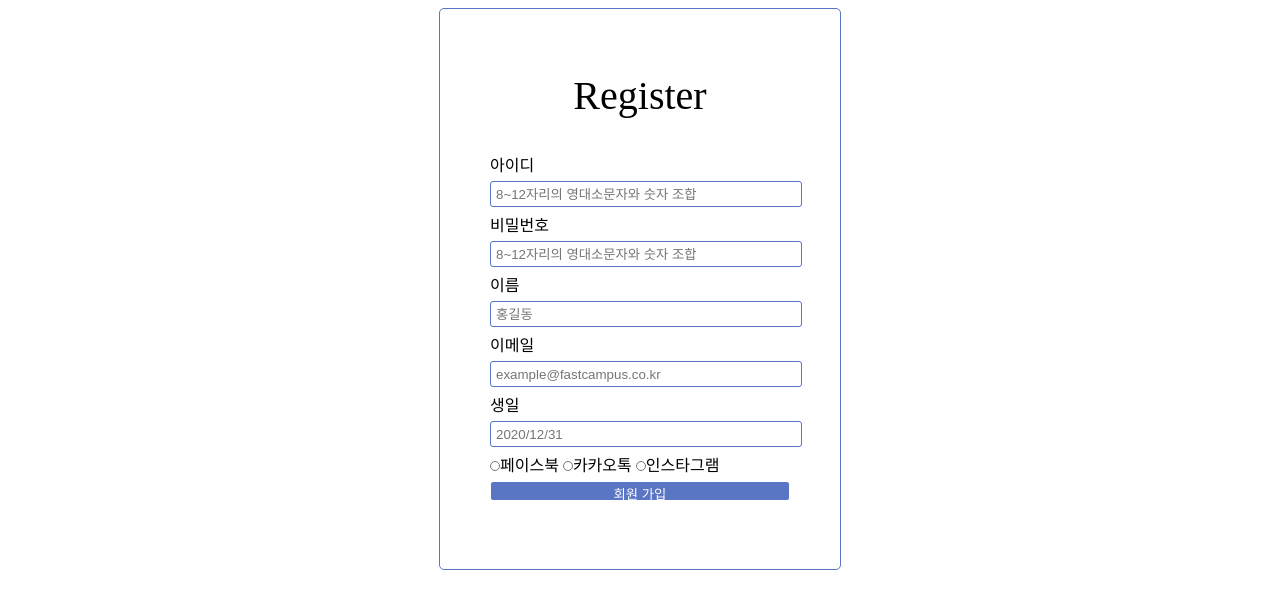
Repository: ksj2001/SpringBasic2024
Page: http://localhost/MVC_join/
These files come from the project's save history. The page is drawn as it stood at one moment and after the next save; the edit follows.
The browser window is 1280 px wide. The pictures show the whole page.
The page is served by Tomcat 9. Other server files are loaded and not shown.

Above is the page before, as saved 2024-07-02 15:25:41.

### MVC_join/src/main/webapp/WEB-INF/views/index.jsp
<%@ page language="java" contentType="text/html; charset=UTF-8"
    pageEncoding="UTF-8"%>
<!DOCTYPE html>
<html>
<head>
<meta charset="UTF-8">
<title>Insert title here</title>
<style type="text/css">
	body{
		display: flex;
		justify-content: center;
		align-items: center;
	}
	.registerBox{
		width: 300px;
		height: 500px;
		border: 1px solid #5975C4;
		padding: 30px 50px;
		border-radius: 5px;
	}
	.registerBox h2{
		font-size: 40px;
		font-weight: 500;
		text-align: center;
	}
	input{
		width: 100%;
		height: 20px;
		margin: 5px 0;
		padding: 2px 5px;
		border: 1px solid #5975C4;
		border-radius: 3px;
	}
	input[type=radio]{
		width:10px;
		height:10px;
	}
	input[type=submit]{
		border-color: white;
		color: white;
		background-color: #5975C4;
	}
</style>
</head>
<body>
	<div class="registerBox">
		<h2>Register</h2>
		<form action="member/register" method="post">
			<label>아이디</label><br>
			<input type="text" placeholder="8~12자리의 영대소문자와 숫자 조합"><br>
			<label>비밀번호</label><br>
			<input type="password" placeholder="8~12자리의 영대소문자와 숫자 조합"><br>
			<label>이름</label><br>
			<input type="text" placeholder="홍길동"><br>
			<label>이메일</label><br>
			<input type="text" placeholder="example@fastcampus.co.kr"><br>
			<label>생일</label><br>
			<input type="text" placeholder="2020/12/31"><br>
			<div class="selectSns">
				<input type="radio" name="sns" value="facebook">페이스북
				<input type="radio" name="sns" value="kakaotalk">카카오톡
				<input type="radio" name="sns" value="instagram">인스타그램
			</div>
			<input type="submit" value="회원 가입">
		</form>
	</div>
</body>
</html>

After the next save:
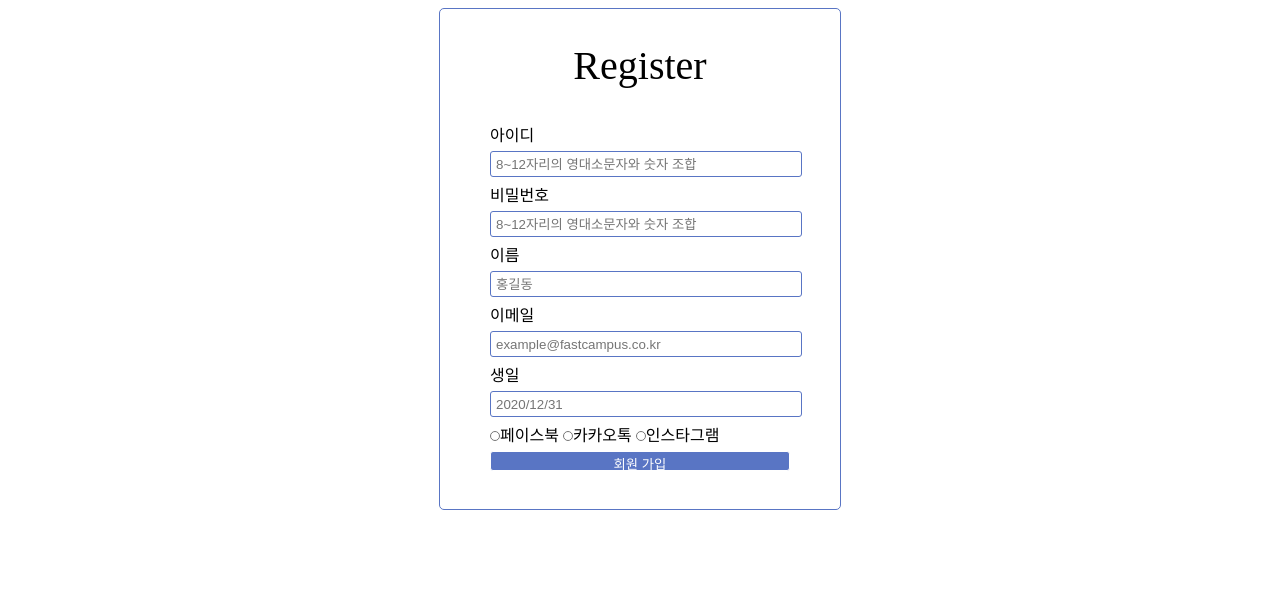
Saved 19 s later.
--- a/MVC_join/src/main/webapp/WEB-INF/views/index.jsp
+++ b/MVC_join/src/main/webapp/WEB-INF/views/index.jsp
@@ -15,7 +15,7 @@
 		width: 300px;
 		height: 500px;
 		border: 1px solid #5975C4;
-		padding: 30px 50px;
+		padding: 0 50px;
 		border-radius: 5px;
 	}
 	.registerBox h2{
